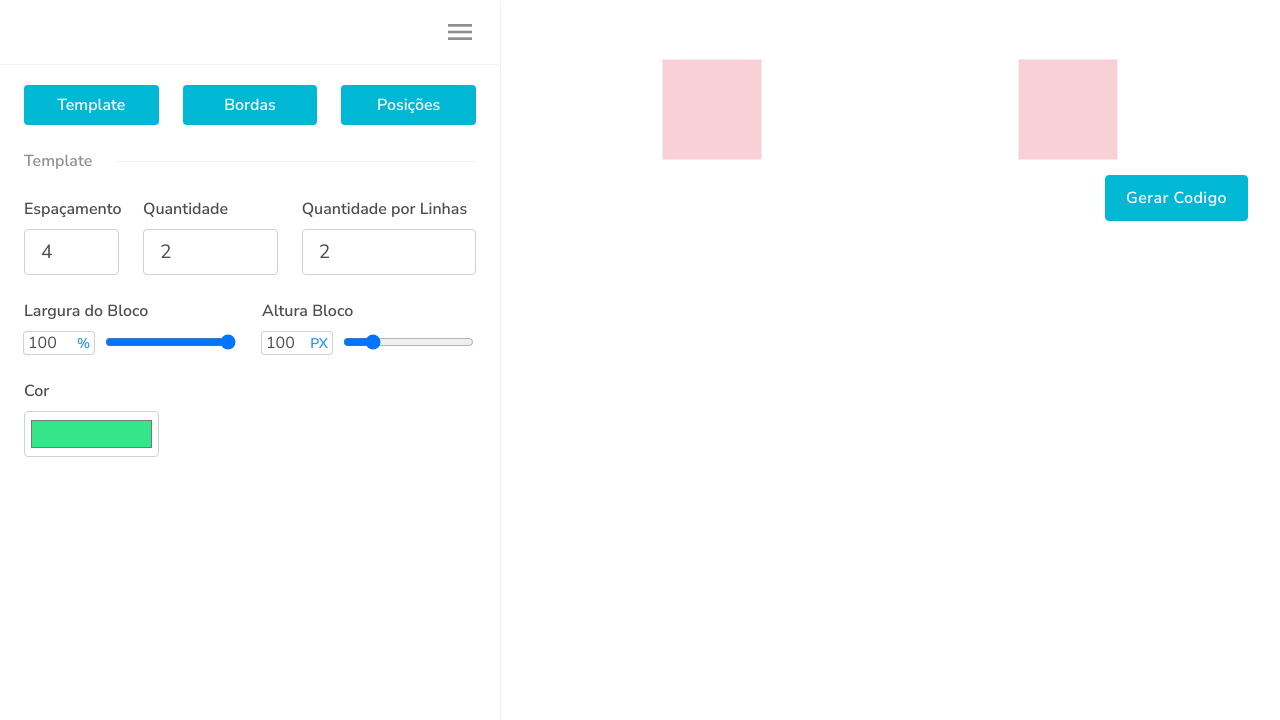
Repository: Flintdl/lowcode-elements
Page: /
These files come from the project's save history. The page is drawn as it stood at one moment and after the next save; the edit follows.
The browser window is 1280 px wide. The pictures show the whole page.
The project was rebuilt for these pictures with package versions that can differ from the ones it lists, and the page was loaded fresh each time. Also part of the build but not shown: vue.config.js.

Above is the page before, as saved 2022-04-06 14:43:41.

After the next save:
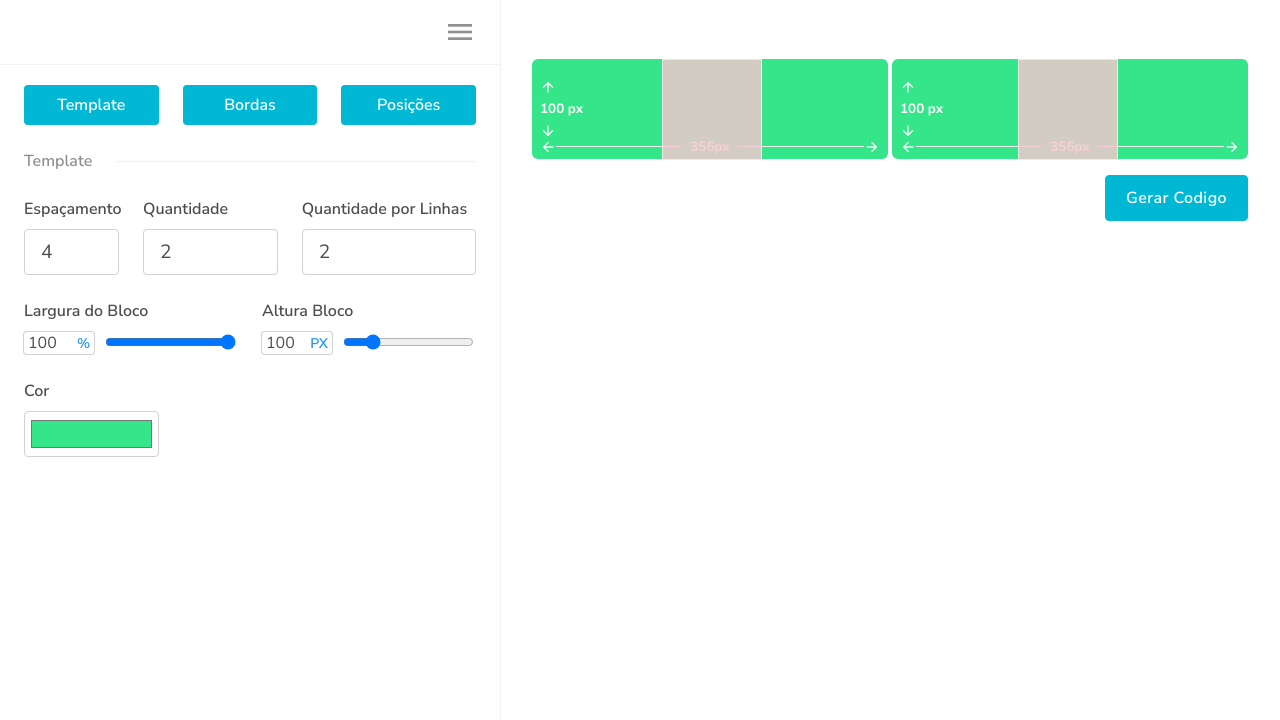
Saved 47 s later.
--- a/src/views/HomeView.vue
+++ b/src/views/HomeView.vue
@@ -36,7 +36,7 @@
               :tamanho="String(valor)"
               :altura="String(valorHeight)"
               :cssDefinido="cssProps"
-              :cssPai="cssDivPai"
+              :cssDivPai="cssDivPai"
               class="sf-position-relative"
             />
           </div>
